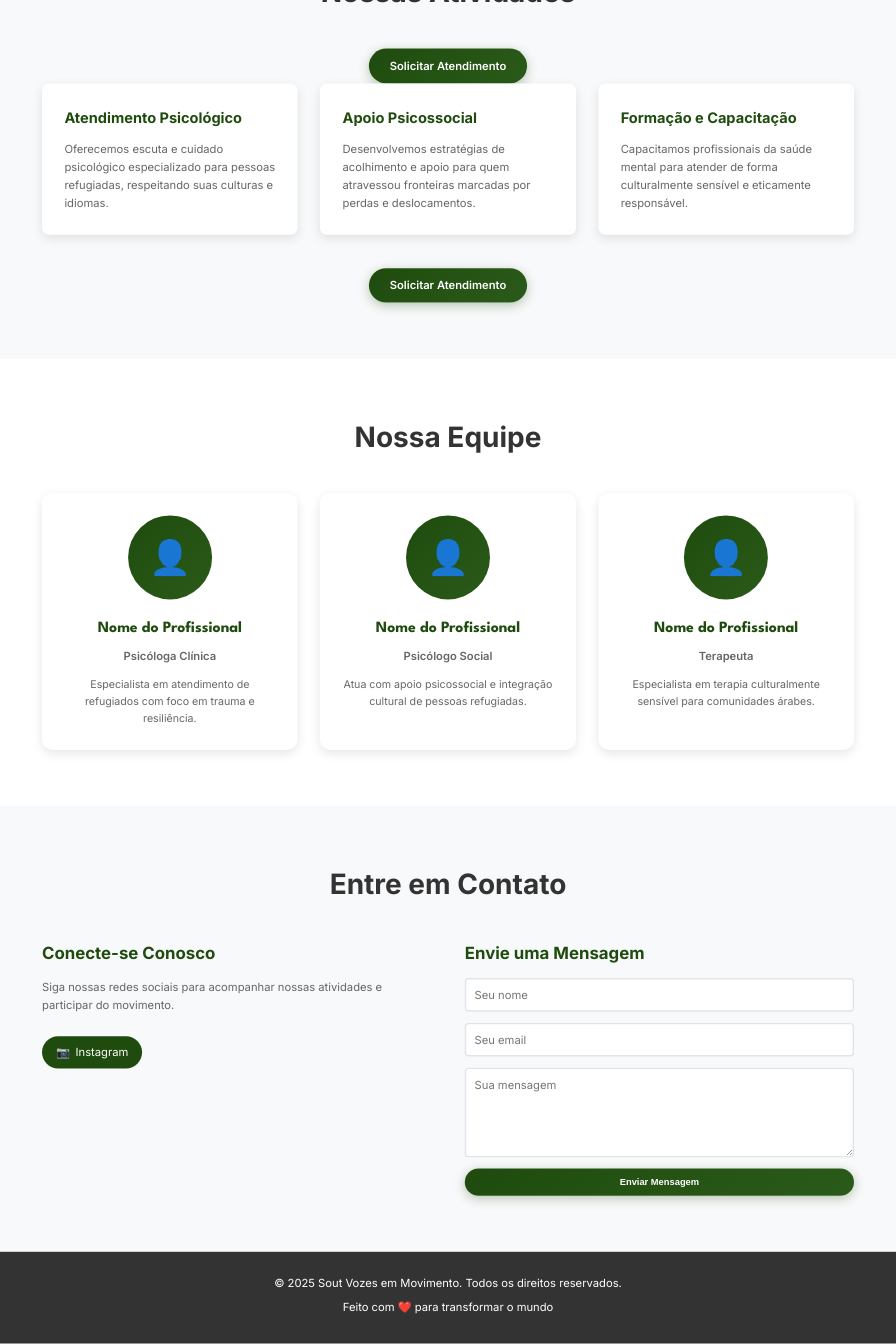
Repository: farukzahra/sout
Page: index.html
These files come from the project's save history. The page is drawn as it stood at one moment and after the next save; the edit follows.
The browser window is 1280 px wide. The pictures show the part of the page from y = 1515 to 3435 px (the page is 3435 px tall before and 3338 px after), at 70% of full size.
Some web fonts or font styles are not loaded; a fallback is used.

Above is the page before, as saved 2025-10-02 18:58:48.

After the next save:
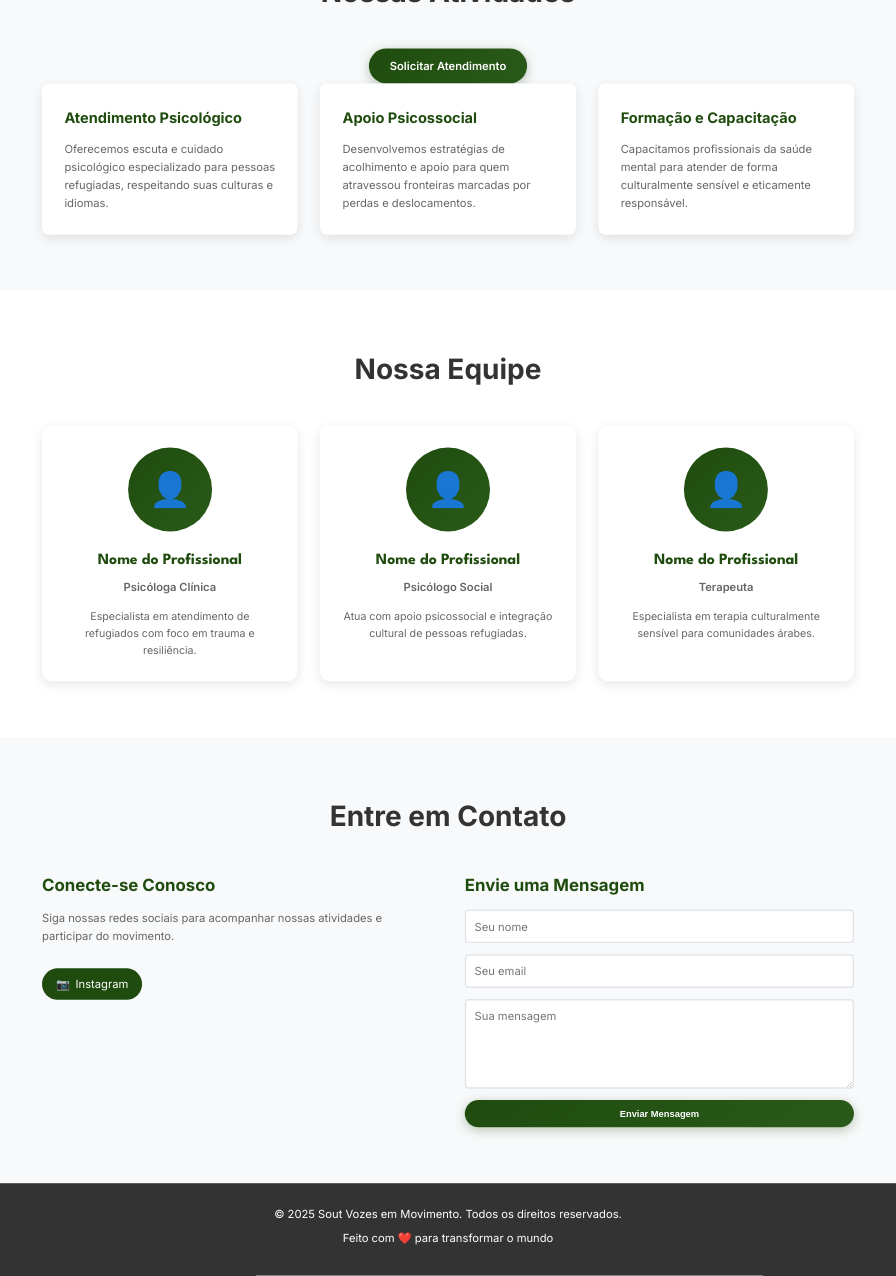
Saved 5 s later.
--- a/index.html
+++ b/index.html
@@ -77,9 +77,6 @@
                         <h3>Formação e Capacitação</h3>
                         <p>Capacitamos profissionais da saúde mental para atender de forma culturalmente sensível e eticamente responsável.</p>
                     </div>
-                </div>
-                <div class="activities-cta">
-                    <a href="https://docs.google.com/forms/d/e/1FAIpQLSe5NEX1NYhxfed3NNeuTooWfu9DNvktDcvF1o4Ne_LvsSUjIw/viewform" target="_blank" class="btn btn-primary">Solicitar Atendimento</a>
                 </div>
             </div>
         </section>
